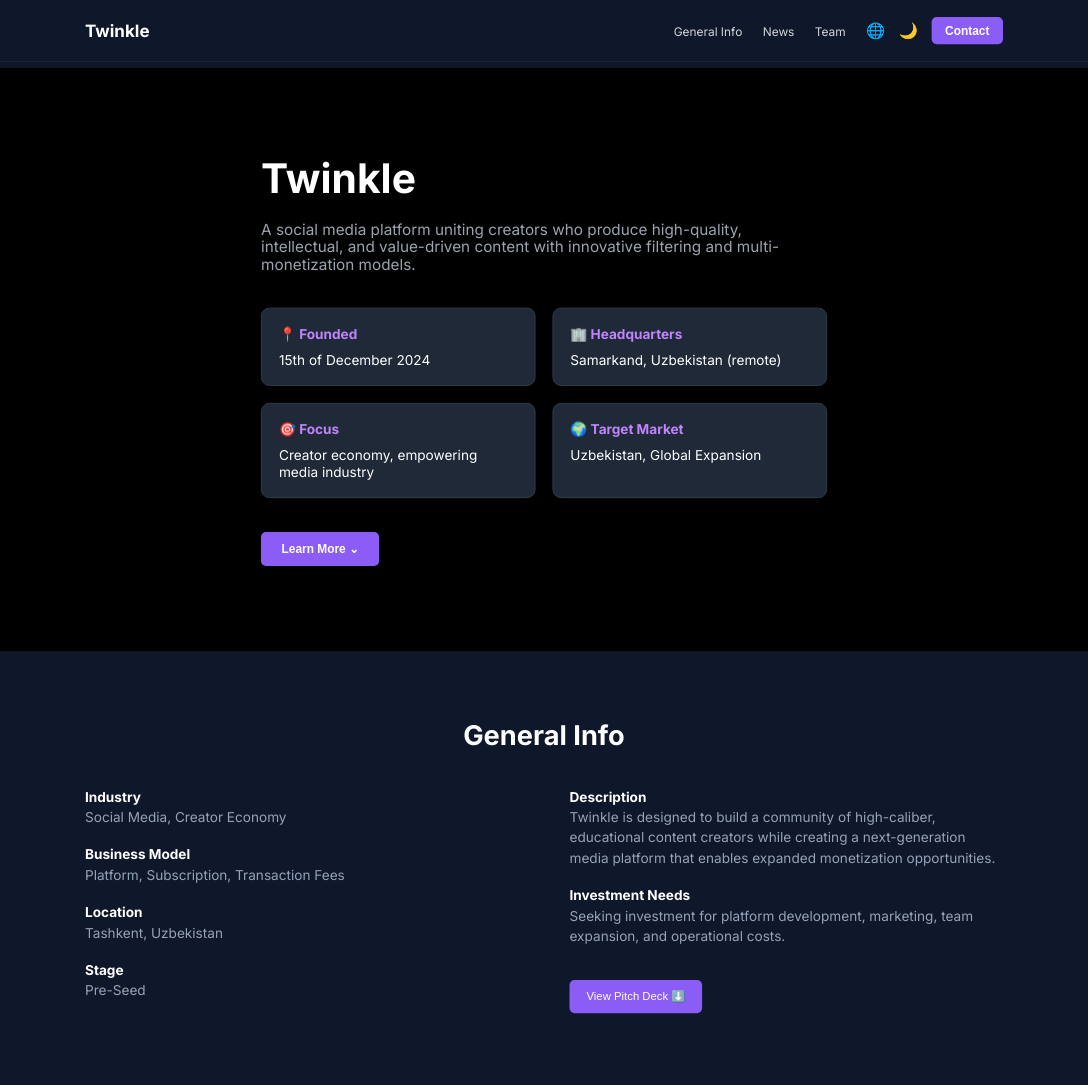
Repository: techboy-33/Twinkle-web
Page: index.html
These files come from the project's save history. The page is drawn as it stood at one moment and after the next save; the edit follows.
The browser window is 1280 px wide. The pictures show the whole page, at 85% of full size.

Above is the page before, as saved 2025-05-12 10:37:40.

### index.html
<!DOCTYPE html>
<html lang="en">

<head>
    <meta charset="UTF-8" />
    <meta name="viewport" content="width=device-width, initial-scale=1.0" />
    <title>Twinkle</title>
    <link href="styles.css" rel="stylesheet" />
    <link href="https://fonts.googleapis.com/css2?family=Inter:wght@400;600;700&display=swap" rel="stylesheet">
</head>

<body>
    <header class="navbar">
        <div class="container nav-inner">
            <div class="logo">Twinkle</div>
            <div class="nav-right">
                <nav class="nav-links">
                    <a href="#">General Info</a>
                    <a href="#">News</a>
                    <a href="#">Team</a>
                </nav>
                <div class="nav-icons">
                    <button class="icon-btn">🌐</button>
                    <button class="icon-btn">🌙</button>
                    <button class="contact-btn">Contact</button>
                </div>
            </div>
        </div>
    </header>
    <section class="hero">
        <div class="hero-inner">
            <h1>Twinkle</h1>
            <p class="subtitle">
                A social media platform uniting creators who produce high-quality, intellectual, and value-driven
                content with innovative filtering and multi-monetization models.
            </p>

            <div class="info-grid">
                <div class="info-card">
                    <h3>📍 Founded</h3>
                    <p>15th of December 2024</p>
                </div>
                <div class="info-card">
                    <h3>🏢 Headquarters</h3>
                    <p>Samarkand, Uzbekistan (remote)</p>
                </div>
                <div class="info-card">
                    <h3>🎯 Focus</h3>
                    <p>Creator economy, empowering media industry</p>
                </div>
                <div class="info-card">
                    <h3>🌍 Target Market</h3>
                    <p>Uzbekistan, Global Expansion</p>
                </div>
            </div>

            <button class="learn-btn">Learn More ⌄</button>
        </div>
    </section>
    <main class="container">
        <section class="general-info">
            <h2>General Info</h2>
            <div class="info-columns">
                <div class="left">
                    <p><strong>Industry</strong><br>Social Media, Creator Economy</p>
                    <p><strong>Business Model</strong><br>Platform, Subscription, Transaction Fees</p>
                    <p><strong>Location</strong><br>Tashkent, Uzbekistan</p>
                    <p><strong>Stage</strong><br>Pre-Seed</p>
                </div>
                <div class="right">
                    <p><strong>Description</strong><br>
                        Twinkle is designed to build a community of high-caliber, educational content creators while
                        creating a next-generation media platform that enables expanded monetization opportunities.
                    </p>
                    <p><strong>Investment Needs</strong><br>
                        Seeking investment for platform development, marketing, team expansion, and operational costs.
                    </p>
                    <button class="pitch-btn">View Pitch Deck ⬇️</button>
                </div>
            </div>
        </section>
    </main>
</body>

</html>

### styles.css
* {
  margin: 0;
  padding: 0;
  box-sizing: border-box;
}

body {
  margin: 0;
  background-color: #0f172a;
  font-family: 'Inter', sans-serif;
  color: #cbd5e1;
  padding-top: 80px;
}

.container {
  max-width: 1200px;
  margin: 0 auto;
  padding: 0 60px;
}

.navbar {
  position: fixed;
  top: 0;
  width: 100%;
  background-color: #0f172a;
  z-index: 1000;
  border-bottom: 1px solid #1f2937;
  padding: 20px 0;
}

.nav-inner {
  display: flex;
  justify-content: space-between;
  align-items: center;
}
.hero {
  background-color: #000;
  padding: 100px 0;
  width: 100%;
}

.hero .hero-inner {
  padding: 0 24%;
  color: #fff;
}

.logo {
  font-size: 20px;
  font-weight: 700;
  color: white;
}

.nav-right {
  display: flex;
  align-items: center;
  gap: 24px;
}

.nav-links {
  display: flex;
  gap: 24px;
}

.nav-links a {
  text-decoration: none;
  color: #d1d5db;
  font-weight: 500;
  font-size: 14px;
}

.nav-icons {
  display: flex;
  align-items: center;
  gap: 16px;
}

.icon-btn {
  background: none;
  border: none;
  color: #d1d5db;
  font-size: 18px;
  cursor: pointer;
}

.contact-btn {
  background-color: #8b5cf6;
  border: none;
  color: white;
  padding: 8px 16px;
  border-radius: 6px;
  font-weight: 600;
  font-size: 14px;
  cursor: pointer;
}


.main-container {
  max-width: 1200px;
  margin: 60px auto;
  padding-left: 60px;
  display: flex;
  justify-content: flex-start;
}


.hero h1 {
  font-size: 48px;
  font-weight: 700;
  color: white;
  margin-bottom: 20px;
}

.subtitle {
  font-size: 18px;
  color: #9ca3af;
  margin-bottom: 40px;
}

.info-grid {
  display: grid;
  grid-template-columns: repeat(auto-fit, minmax(260px, 1fr));
  gap: 20px;
  margin-bottom: 40px;
}

.info-card {

  background-color: #1f2937;
  padding: 20px;
  border-radius: 10px;
  border: 1px solid #374151;
}

.info-card h3 {
  font-size: 16px;
  color: #c084fc;
  margin-bottom: 10px;
}

.learn-btn {
  background-color: #8b5cf6;
  color: white;
  border: none;
  padding: 12px 24px;
  font-weight: 600;
  border-radius: 6px;
  cursor: pointer;
  font-size: 14px;
}

/* General Info Section */
.general-info {
  padding: 80px 0;
}

.general-info h2 {
  text-align: center;
  font-size: 32px;
  color: white;
  margin-bottom: 40px;
}

.info-columns {
  display: flex;
  gap: 60px;
  justify-content: space-between;
}

.info-columns .left,
.info-columns .right {
  flex: 1;
}

.info-columns p {
  margin-bottom: 20px;
  color: #94a3b8;
  line-height: 24px;
}

.info-columns strong {
  color: white;
}

/* Pitch Deck Button */
.pitch-btn {
  background-color: #8b5cf6;
  color: white;
  border: none;
  padding: 12px 20px;
  font-weight: 500;
  border-radius: 6px;
  margin-top: 20px;
  cursor: pointer;
}

After the next save:
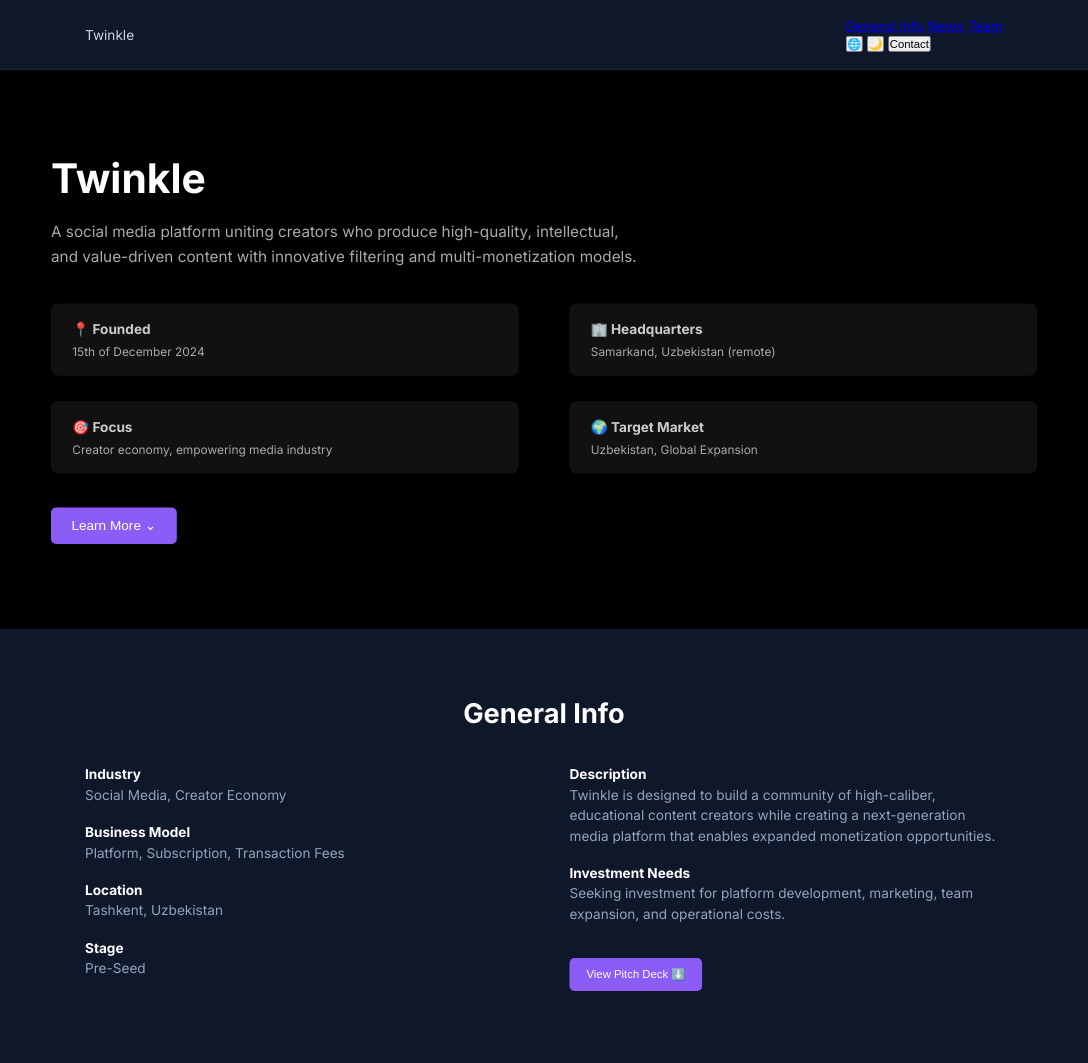
Saved 3 min 24 s later.
--- a/styles.css
+++ b/styles.css
@@ -35,117 +35,77 @@
 }
 .hero {
   background-color: #000;
+  color: #fff;
+  width: 100%;
   padding: 100px 0;
-  width: 100%;
 }
 
-.hero .hero-inner {
-  padding: 0 24%;
-  color: #fff;
+.hero-inner {
+  padding-left: 60px;
+  padding-right: 60px;
+  display: flex;
+  flex-direction: column;
+  align-items: flex-start; /* căn trái */
 }
 
-.logo {
-  font-size: 20px;
-  font-weight: 700;
-  color: white;
-}
-
-.nav-right {
-  display: flex;
-  align-items: center;
-  gap: 24px;
-}
-
-.nav-links {
-  display: flex;
-  gap: 24px;
-}
-
-.nav-links a {
-  text-decoration: none;
-  color: #d1d5db;
-  font-weight: 500;
-  font-size: 14px;
-}
-
-.nav-icons {
-  display: flex;
-  align-items: center;
-  gap: 16px;
-}
-
-.icon-btn {
-  background: none;
-  border: none;
-  color: #d1d5db;
-  font-size: 18px;
-  cursor: pointer;
-}
-
-.contact-btn {
-  background-color: #8b5cf6;
-  border: none;
-  color: white;
-  padding: 8px 16px;
-  border-radius: 6px;
-  font-weight: 600;
-  font-size: 14px;
-  cursor: pointer;
-}
-
-
-.main-container {
-  max-width: 1200px;
-  margin: 60px auto;
-  padding-left: 60px;
-  display: flex;
-  justify-content: flex-start;
-}
-
-
-.hero h1 {
+.hero-inner h1 {
   font-size: 48px;
   font-weight: 700;
-  color: white;
   margin-bottom: 20px;
 }
 
 .subtitle {
   font-size: 18px;
-  color: #9ca3af;
+  max-width: 700px;
   margin-bottom: 40px;
+  line-height: 1.6;
+  color: #aaa;
 }
 
+/* Grid 2x2 */
 .info-grid {
   display: grid;
-  grid-template-columns: repeat(auto-fit, minmax(260px, 1fr));
-  gap: 20px;
+  grid-template-columns: repeat(2, 1fr);
+  gap: 30px 60px;
+  width: 100%;
   margin-bottom: 40px;
 }
 
 .info-card {
-
-  background-color: #1f2937;
-  padding: 20px;
-  border-radius: 10px;
-  border: 1px solid #374151;
+  background-color: #111;
+  padding: 20px 25px;
+  border-radius: 8px;
+  height: 100%; /* Đảm bảo thẻ đồng chiều cao nếu trong grid */
+  display: flex;
+  flex-direction: column;
+  justify-content: center;
 }
 
 .info-card h3 {
   font-size: 16px;
-  color: #c084fc;
-  margin-bottom: 10px;
+  margin-bottom: 8px;
+  color: #ccc;
 }
 
+.info-card p {
+  font-size: 14px;
+  color: #aaa;
+}
+
+/* Button */
 .learn-btn {
   background-color: #8b5cf6;
   color: white;
   border: none;
   padding: 12px 24px;
-  font-weight: 600;
   border-radius: 6px;
+  font-size: 16px;
   cursor: pointer;
-  font-size: 14px;
+  transition: background 0.3s;
+}
+
+.learn-btn:hover {
+  background-color: #7c3aed;
 }
 
 /* General Info Section */

After the save that followed:
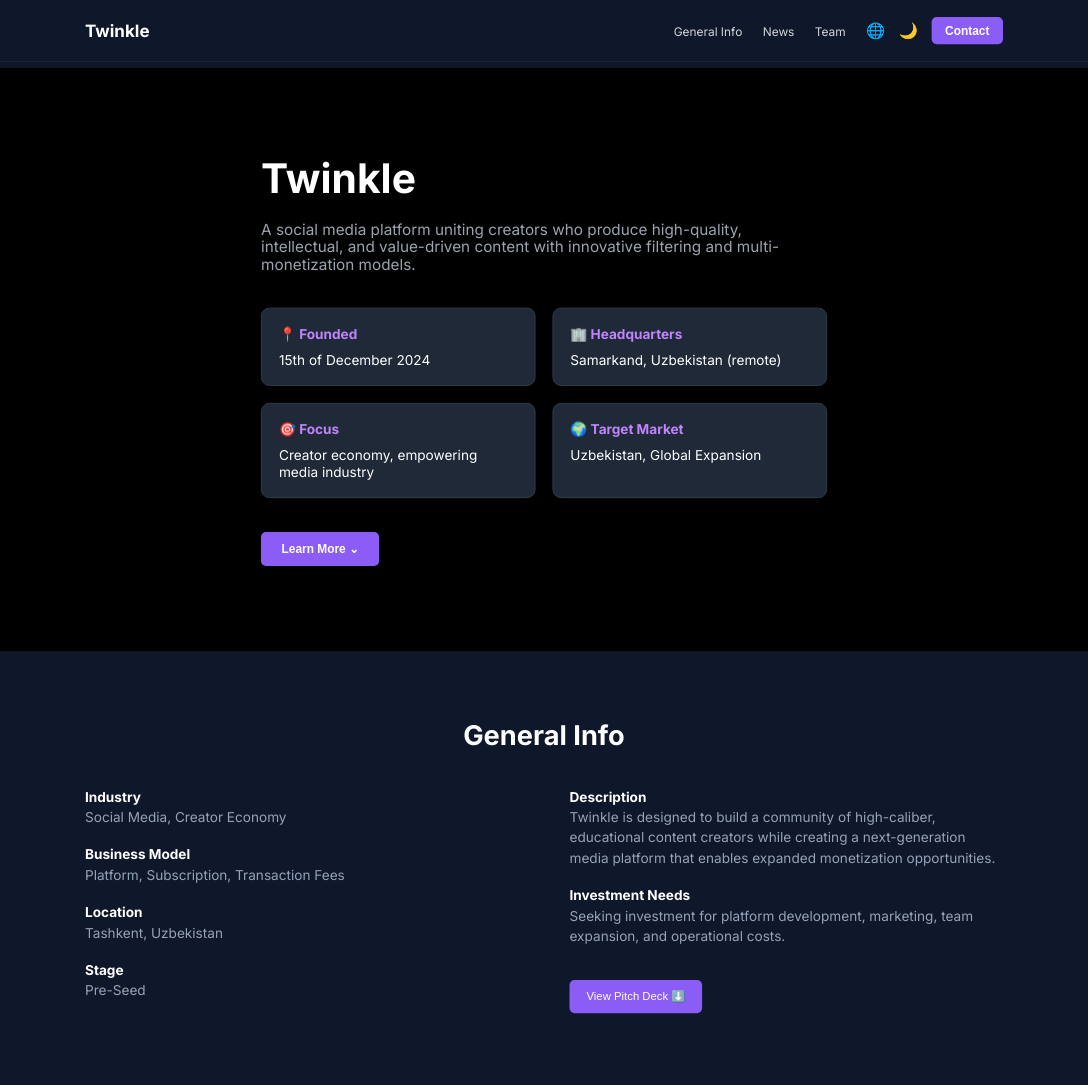
Saved 17 s later.
--- a/styles.css
+++ b/styles.css
@@ -35,77 +35,117 @@
 }
 .hero {
   background-color: #000;
-  color: #fff;
+  padding: 100px 0;
   width: 100%;
-  padding: 100px 0;
 }
 
-.hero-inner {
-  padding-left: 60px;
-  padding-right: 60px;
-  display: flex;
-  flex-direction: column;
-  align-items: flex-start; /* căn trái */
+.hero .hero-inner {
+  padding: 0 24%;
+  color: #fff;
 }
 
-.hero-inner h1 {
+.logo {
+  font-size: 20px;
+  font-weight: 700;
+  color: white;
+}
+
+.nav-right {
+  display: flex;
+  align-items: center;
+  gap: 24px;
+}
+
+.nav-links {
+  display: flex;
+  gap: 24px;
+}
+
+.nav-links a {
+  text-decoration: none;
+  color: #d1d5db;
+  font-weight: 500;
+  font-size: 14px;
+}
+
+.nav-icons {
+  display: flex;
+  align-items: center;
+  gap: 16px;
+}
+
+.icon-btn {
+  background: none;
+  border: none;
+  color: #d1d5db;
+  font-size: 18px;
+  cursor: pointer;
+}
+
+.contact-btn {
+  background-color: #8b5cf6;
+  border: none;
+  color: white;
+  padding: 8px 16px;
+  border-radius: 6px;
+  font-weight: 600;
+  font-size: 14px;
+  cursor: pointer;
+}
+
+
+.main-container {
+  max-width: 1200px;
+  margin: 60px auto;
+  padding-left: 60px;
+  display: flex;
+  justify-content: flex-start;
+}
+
+
+.hero h1 {
   font-size: 48px;
   font-weight: 700;
+  color: white;
   margin-bottom: 20px;
 }
 
 .subtitle {
   font-size: 18px;
-  max-width: 700px;
+  color: #9ca3af;
   margin-bottom: 40px;
-  line-height: 1.6;
-  color: #aaa;
 }
 
-/* Grid 2x2 */
 .info-grid {
   display: grid;
-  grid-template-columns: repeat(2, 1fr);
-  gap: 30px 60px;
-  width: 100%;
+  grid-template-columns: repeat(auto-fit, minmax(260px, 1fr));
+  gap: 20px;
   margin-bottom: 40px;
 }
 
 .info-card {
-  background-color: #111;
-  padding: 20px 25px;
-  border-radius: 8px;
-  height: 100%; /* Đảm bảo thẻ đồng chiều cao nếu trong grid */
-  display: flex;
-  flex-direction: column;
-  justify-content: center;
+
+  background-color: #1f2937;
+  padding: 20px;
+  border-radius: 10px;
+  border: 1px solid #374151;
 }
 
 .info-card h3 {
   font-size: 16px;
-  margin-bottom: 8px;
-  color: #ccc;
+  color: #c084fc;
+  margin-bottom: 10px;
 }
 
-.info-card p {
-  font-size: 14px;
-  color: #aaa;
-}
-
-/* Button */
 .learn-btn {
   background-color: #8b5cf6;
   color: white;
   border: none;
   padding: 12px 24px;
+  font-weight: 600;
   border-radius: 6px;
-  font-size: 16px;
   cursor: pointer;
-  transition: background 0.3s;
-}
-
-.learn-btn:hover {
-  background-color: #7c3aed;
+  font-size: 14px;
 }
 
 /* General Info Section */
